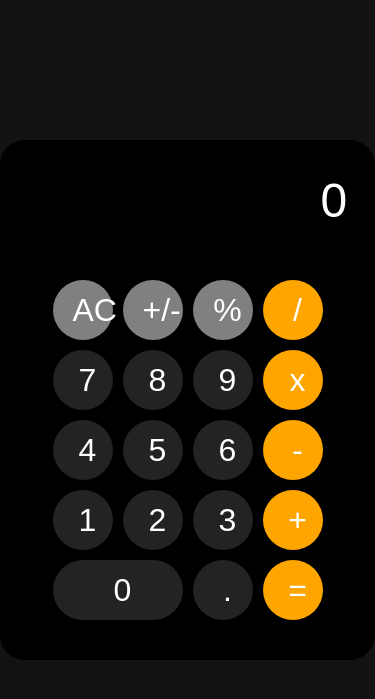
Repository: EguJaredoBoyd/IgHub
Page: mId-week-project/index.html
An editor plug-in stored every save of this project. The page is shown before and after the next save, followed by the edit.
The browser window is 375 px wide. The pictures show the whole page.

Above is the page before, as saved 2025-03-01 22:03:29.

### mId-week-project/index.html
<!DOCTYPE html>
<html lang="en">
<head>
    <meta charset="UTF-8">
    <meta name="viewport" content="width=device-width, initial-scale=1.0">
    <title>Document</title>
    <link rel="stylesheet" href="./styles.css">
    <script src="./script-two.js" defer></script>
</head>
<body>

    <div id="calculator" >
        <input id="display" readonly>
        <div id="keys">
            <button onclick="clearDisplay()"class="signs">AC</button>
            <button onclick="appendToDisplay('+/-')" class="signs">+/-</button>
            <button onclick="appendToDisplay('%')" class="signs">%</button>
            <button onclick="appendToDisplay('/')" class="operator-btn">/</button>
            <button onclick="appendToDisplay('7')">7</button>
            <button onclick="appendToDisplay('8')">8</button>
            <button onclick="appendToDisplay('9')">9</button>
            <button onclick="appendToDisplay('*')"class="operator-btn">x</button>
            <button onclick="appendToDisplay('4')">4</button>
            <button onclick="appendToDisplay('5')">5</button>
            <button onclick="appendToDisplay('6')">6</button>
            <button onclick="appendToDisplay('-')"class="operator-btn">-</button>
            <button onclick="appendToDisplay('1')">1</button>
            <button onclick="appendToDisplay('2')">2</button>
            <button onclick="appendToDisplay('3')">3</button>
            <button onclick="appendToDisplay('+')"class="operator-btn">+</button>
            <button onclick="appendToDisplay('0')" class="zero">0</button>
            <button onclick="appendToDisplay('.')">.</button>
            <button onclick="calculate()"class="operator-btn">=</button>
        </div>
    </div>

</body>
</html>

### mId-week-project/styles.css
/* Base styles for all screen sizes */
body {
    margin: 0;
    padding: 0;
    display: flex;
    justify-content: center;
    align-items: center;
    min-height: 100vh;
    /* Ensures full viewport height */
    background-color: #121212;
    overflow: auto;
    /* Allows scrolling if needed */
}

/* Ensures content is properly centered and scrollable */
#calculator {
    display: flex;
    flex-direction: column;
    align-items: center;
    justify-content: space-between;
    max-width: 500px;
    width: 90%;
    padding: 20px;
    background-color: black;
    border-radius: 25px;
    overflow: hidden;
    margin: 20px 0;
    /* Prevents it from sticking to the top */
}

#display {
    width: 90%;
    height: 100px;
    /* Ensuring enough space */
    padding: 20px;
    font-size: 5rem;
    text-align: right;
    border: none;
    background-color: black;
    color: white;
}

/* Button Styling */
button {
    width: 100px;
    height: 100px;
    border: none;
    background-color: rgb(36, 35, 35);
    color: white;
    font-size: 3rem;
    font-weight: lighter;
    cursor: pointer;
    border-radius: 50%;
    /* Ensuring all buttons (except zero) stay circular */
}

#keys {
    display: grid;
    grid-template-columns: repeat(4, 1fr);
    gap: 20px;
    padding: 30px;
}

#keys button.zero {
    grid-column: 1 / span 2;
    width: 100%;
    border-radius: 50px;
}

/* Button Interaction */
button:hover {
    background-color: gray;
}

button:active {
    background-color: white;
}

/* Special button colors */
.operator-btn {
    background-color: orange;
}

.signs {
    background-color: gray;
}

/* Responsive Design: Scaling down properly for smaller screens */
@media (max-width: 768px) {
    button {
        width: 80px;
        height: 80px;
        font-size: 2.5rem;
        padding-right: 10px;

    }

    #calculator {
        max-width: 400px;
        padding: 15px;
    }

    #display {
        font-size: 4rem;
        padding: 20px;
        height: 80px;
        /* Adjust display size for smaller screens */
    }

}

@media (max-width: 480px) {
    button {
        width: 60px;
        height: 60px;
        font-size: 2rem;
        padding-left: 20px;
    }

    #keys {
        gap: 10px;
    }

    #display {
        font-size: 3rem;
        padding: 15px;
        height: 70px;
        /* Adjust display size for mobile */
    }

    #calculator {
        width: 95%;
        padding: 10px;
    }
}

### mId-week-project/script-two.js
let display = document.getElementById("display");
let currentInput = "";
let operator = "";
let firstOperand = null;

function appendToDisplay(value) {
    if (value === "+/-") {
        currentInput = currentInput ? String(-parseFloat(currentInput)) : "";
    } else if (value === "%") {
        currentInput = currentInput ? String(parseFloat(currentInput) / 100) : "";
    } else if (["+", "-", "*", "/"].includes(value)) {
        if (firstOperand === null) {
            firstOperand = parseFloat(currentInput);
            operator = value;
            currentInput = "";
        } else if (currentInput !== "") {
            calculate();
            operator = value;
        }
    } else {
        currentInput += value;
    }
    updateDisplay();
}

function updateDisplay() {
    display.value = currentInput || firstOperand || "0";
}

function clearDisplay() {
    currentInput = "";
    operator = "";
    firstOperand = null;
    updateDisplay();
}

function calculate() {
    if (firstOperand !== null && operator && currentInput !== "") {
        let secondOperand = parseFloat(currentInput);
        switch (operator) {
            case "+":
                firstOperand += secondOperand;
                break;
            case "-":
                firstOperand -= secondOperand;
                break;
            case "*":
                firstOperand *= secondOperand;
                break;
            case "/":
                firstOperand = secondOperand !== 0 ? firstOperand / secondOperand : "Error";
                break;
        }
        currentInput = "";
        operator = "";
        updateDisplay();
    }
}

// Initialize display
updateDisplay();

After the next save:
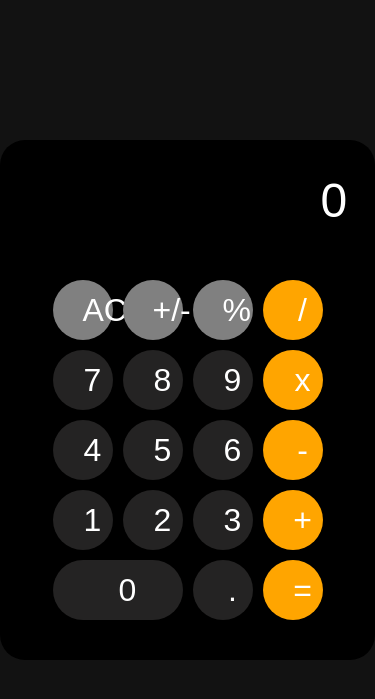
Saved 42 s later.
--- a/mId-week-project/styles.css
+++ b/mId-week-project/styles.css
@@ -114,7 +114,7 @@ button:active {
         width: 60px;
         height: 60px;
         font-size: 2rem;
-        padding-left: 20px;
+        padding-left: 30px;
     }
 
     #keys {
